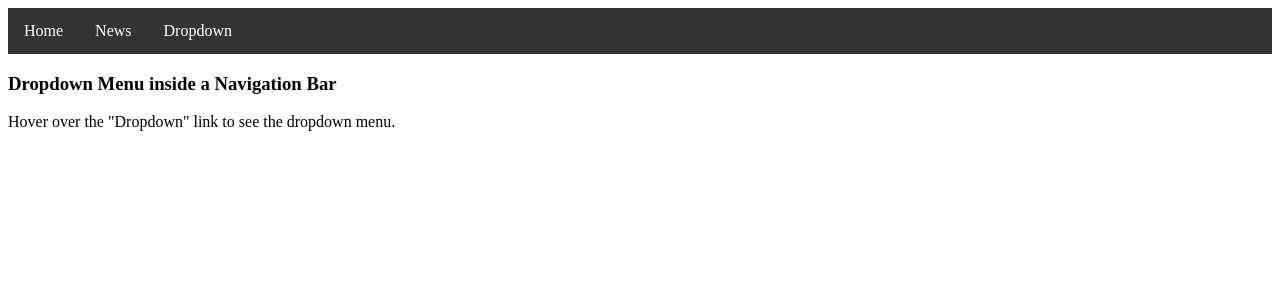
Repository: ManuArugollu1/meetingoraganizer1
Page: http://localhost/Meeting_Organizer/
The author's editor kept a copy of each file at every save. The page is drawn from the files as they stood at one save, then again after the next save.
The browser window is 1280 px wide. The pictures show the whole page.
The page is served by Tomcat 9.

Above is the page before, as saved 2019-10-01 06:03:05.

After the next save:
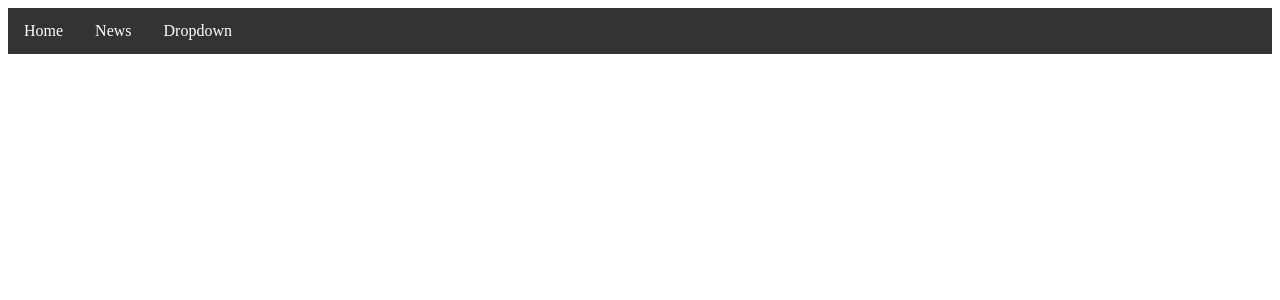
Saved 14 s later.
--- a/Meeting Organizer/WebContent/index.jsp
+++ b/Meeting Organizer/WebContent/index.jsp
@@ -71,8 +71,7 @@ li.dropdown {
   </li>
 </ul>
 
-<h3>Dropdown Menu inside a Navigation Bar</h3>
-<p>Hover over the "Dropdown" link to see the dropdown menu.</p>
+
 
 </body>
 </html>
